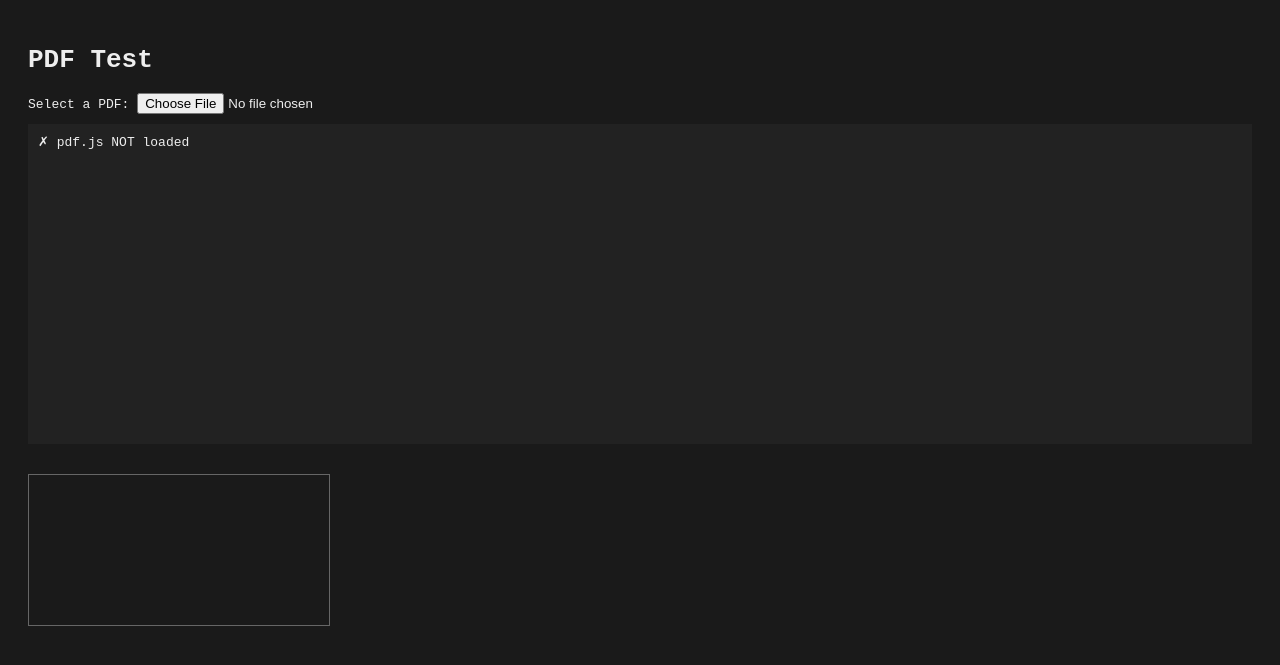
Repository: IBNKHALID06/SlideStage
Page: test-pdf.html
An editor plug-in stored every save of this project. The page is shown before and after the next save, followed by the edit.
The browser window is 1280 px wide. The pictures show the whole page.

Above is the page before, as saved 2025-11-26 20:38:42.

After the next save:
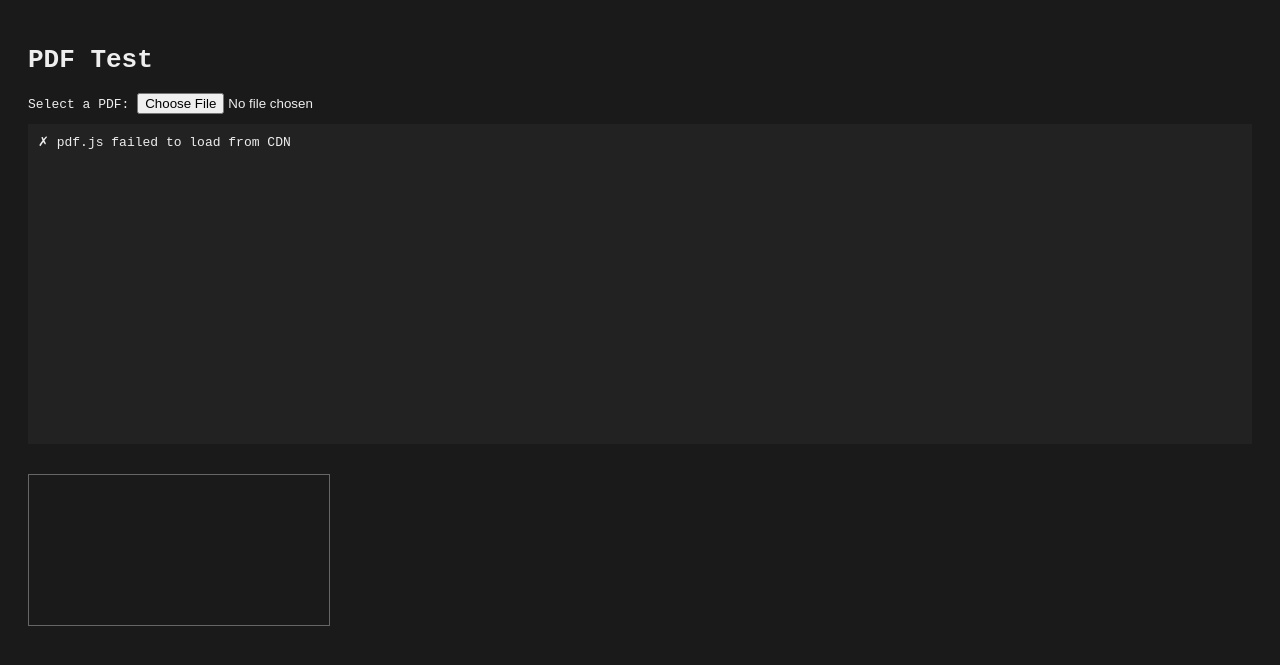
Saved 95 s later.
--- a/test-pdf.html
+++ b/test-pdf.html
@@ -17,6 +17,7 @@
   <canvas id="testCanvas"></canvas>
 
   <!-- pdf.js from CDN -->
+  <!-- pdf.js from CDN with async loading -->
   <script src="https://cdnjs.cloudflare.com/ajax/libs/pdf.js/3.11.313/pdf.min.js" integrity="sha512-nFJpi1tJQmCkWkQzVwMZQk8m2Ue3gE+3G5xM2lSBkA+oUTyEku2zF8U3wmtN1oQf3Qj2JxqjvU7bV2ZpR7pYbA==" crossorigin="anonymous" referrerpolicy="no-referrer"></script>
   <script>
     const log = (msg) => {
@@ -24,13 +25,26 @@
       console.log(msg);
     };
 
-    // Configure worker
-    if (typeof pdfjsLib !== 'undefined') {
-      pdfjsLib.GlobalWorkerOptions.workerSrc = 'https://cdnjs.cloudflare.com/ajax/libs/pdf.js/3.11.313/pdf.worker.min.js';
-      log('✓ pdf.js loaded, version: ' + pdfjsLib.version);
-    } else {
-      log('✗ pdf.js NOT loaded');
-    }
+    // Wait for pdf.js to be available
+    const waitForPdfJs = async () => {
+      let retries = 0;
+      while (typeof pdfjsLib === 'undefined' && retries < 100) {
+        await new Promise(r => setTimeout(r, 50));
+        retries++;
+      }
+      return typeof pdfjsLib !== 'undefined';
+    };
+
+    // Initialize on page load
+    (async () => {
+      const loaded = await waitForPdfJs();
+      if (loaded) {
+        pdfjsLib.GlobalWorkerOptions.workerSrc = 'https://cdnjs.cloudflare.com/ajax/libs/pdf.js/3.11.313/pdf.worker.min.js';
+        log('✓ pdf.js loaded, version: ' + pdfjsLib.version);
+      } else {
+        log('✗ pdf.js failed to load from CDN');
+      }
+    })();
 
     document.getElementById('pdfFile').addEventListener('change', async (e) => {
       const file = e.target.files?.[0];
